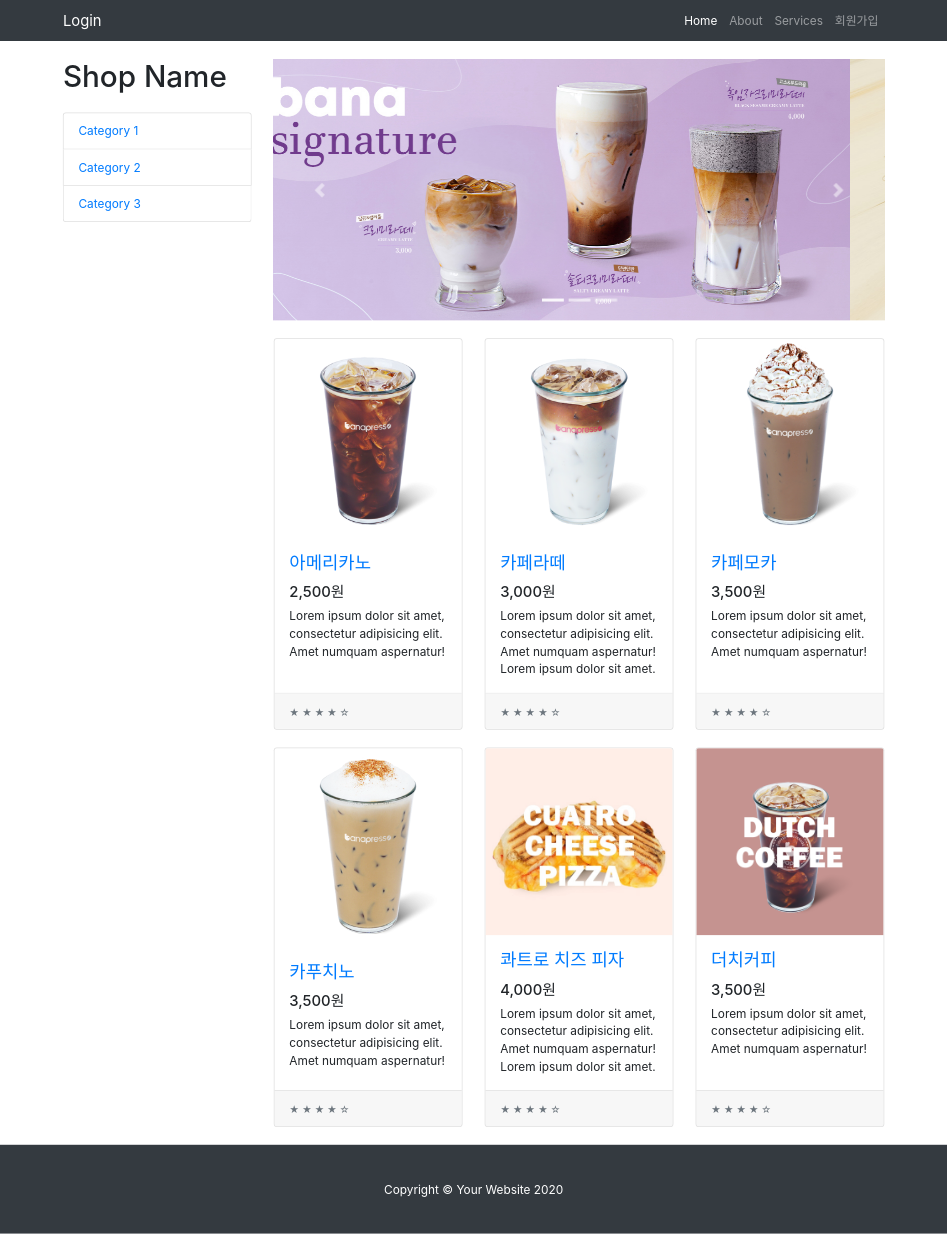
Repository: InKyu24/STS_Workspace
Page: SpringBoot01_Mybatis_Cafe2/src/main/resources/static/index.html
These files come from the project's save history. The page is drawn as it stood at one moment and after the next save; the edit follows.
The browser window is 1280 px wide. The pictures show the whole page, at 74% of full size.

Above is the page before, as saved 2021-03-23 07:17:22.

### SpringBoot01_Mybatis_Cafe2/src/main/resources/static/index.html
<!DOCTYPE html>
<html lang="en">

<head>

  <meta charset="utf-8">
  <meta name="viewport" content="width=device-width, initial-scale=1, shrink-to-fit=no">
  <meta name="description" content="">
  <meta name="author" content="">

  <title>Shop Homepage - Start Bootstrap Template</title>

  <!-- Bootstrap core CSS -->
  <link href="vendor/bootstrap/css/bootstrap.min.css" rel="stylesheet">

  <!-- Custom styles for this template -->
  <link href="css/shop-homepage.css" rel="stylesheet">

</head>

<body>

  <!-- Navigation -->
  <nav class="navbar navbar-expand-lg navbar-dark bg-dark fixed-top">
    <div class="container">
      <a class="navbar-brand" href="#">Login</a>
      <button class="navbar-toggler" type="button" data-toggle="collapse" data-target="#navbarResponsive" aria-controls="navbarResponsive" aria-expanded="false" aria-label="Toggle navigation">
        <span class="navbar-toggler-icon"></span>
      </button>
      <div class="collapse navbar-collapse" id="navbarResponsive">
        <ul class="navbar-nav ml-auto">
          <li class="nav-item active">
            <a class="nav-link" href="#">Home
              <span class="sr-only">(current)</span>
            </a>
          </li>
          <li class="nav-item">
            <a class="nav-link" href="#">About</a>
          </li>
          <li class="nav-item">
            <a class="nav-link" href="#">Services</a>
          </li>
          <li class="nav-item">
            <a class="nav-link" href="#" onclick="window.open('html/memberInsertForm.html', '_blank', 'toolbar=yes,scrollbars=yes,resizable=yes,top=50,left=500,width=400,height=750');">회원가입</a>
          </li>
        </ul>
      </div>
    </div>
  </nav>

  <!-- Page Content -->
  <div class="container">

    <div class="row">

      <div class="col-lg-3">

        <h1 class="my-4">Shop Name</h1>
        <div class="list-group">
          <a href="#" class="list-group-item">Category 1</a>
          <a href="#" class="list-group-item">Category 2</a>
          <a href="#" class="list-group-item">Category 3</a>
        </div>

      </div>
      <!-- /.col-lg-3 -->

      <div class="col-lg-9">

        <div id="carouselExampleIndicators" class="carousel slide my-4" data-ride="carousel">
          <ol class="carousel-indicators">
            <li data-target="#carouselExampleIndicators" data-slide-to="0" class="active"></li>
            <li data-target="#carouselExampleIndicators" data-slide-to="1"></li>
            <li data-target="#carouselExampleIndicators" data-slide-to="2"></li>
          </ol>
          <div class="carousel-inner" role="listbox">
            <div class="carousel-item active">
              <img class="d-block img-fluid" src="img/2009_크리미라떼3종_상단배너.jpg" alt="First slide">
            </div>
            <div class="carousel-item">
              <img class="d-block img-fluid" src="img/2010_디카페인_상단배너.jpg" alt="Second slide">
            </div>
            <div class="carousel-item">
              <img class="d-block img-fluid" src="img/2101_바나프레소_도넛6종_상단배너.jpg" alt="Third slide">
            </div>
          </div>
          <a class="carousel-control-prev" href="#carouselExampleIndicators" role="button" data-slide="prev">
            <span class="carousel-control-prev-icon" aria-hidden="true"></span>
            <span class="sr-only">Previous</span>
          </a>
          <a class="carousel-control-next" href="#carouselExampleIndicators" role="button" data-slide="next">
            <span class="carousel-control-next-icon" aria-hidden="true"></span>
            <span class="sr-only">Next</span>
          </a>
        </div>

        <div class="row">

          <div class="col-lg-4 col-md-6 mb-4">
            <div class="card h-100">
              <a href="#"><img class="card-img-top" src="img/americano.png" alt=""></a>
              <div class="card-body">
                <h4 class="card-title">
                  <a href="#">아메리카노</a>
                </h4>
                <h5>2,500원</h5>
                <p class="card-text">Lorem ipsum dolor sit amet, consectetur adipisicing elit. Amet numquam aspernatur!</p>
              </div>
              <div class="card-footer">
                <small class="text-muted">&#9733; &#9733; &#9733; &#9733; &#9734;</small>
              </div>
            </div>
          </div>

          <div class="col-lg-4 col-md-6 mb-4">
            <div class="card h-100">
              <a href="#"><img class="card-img-top" src="img/cafelatte.png" alt=""></a>
              <div class="card-body">
                <h4 class="card-title">
                  <a href="#">카페라떼</a>
                </h4>
                <h5>3,000원</h5>
                <p class="card-text">Lorem ipsum dolor sit amet, consectetur adipisicing elit. Amet numquam aspernatur! Lorem ipsum dolor sit amet.</p>
              </div>
              <div class="card-footer">
                <small class="text-muted">&#9733; &#9733; &#9733; &#9733; &#9734;</small>
              </div>
            </div>
          </div>

          <div class="col-lg-4 col-md-6 mb-4">
            <div class="card h-100">
              <a href="#"><img class="card-img-top" src="img/cafemocha.png" alt=""></a>
              <div class="card-body">
                <h4 class="card-title">
                  <a href="#">카페모카</a>
                </h4>
                <h5>3,500원</h5>
                <p class="card-text">Lorem ipsum dolor sit amet, consectetur adipisicing elit. Amet numquam aspernatur!</p>
              </div>
              <div class="card-footer">
                <small class="text-muted">&#9733; &#9733; &#9733; &#9733; &#9734;</small>
              </div>
            </div>
          </div>

          <div class="col-lg-4 col-md-6 mb-4">
            <div class="card h-100">
              <a href="#"><img class="card-img-top" src="img/cappuccino.png" alt=""></a>
              <div class="card-body">
                <h4 class="card-title">
                  <a href="#">카푸치노</a>
                </h4>
                <h5>3,500원</h5>
                <p class="card-text">Lorem ipsum dolor sit amet, consectetur adipisicing elit. Amet numquam aspernatur!</p>
              </div>
              <div class="card-footer">
                <small class="text-muted">&#9733; &#9733; &#9733; &#9733; &#9734;</small>
              </div>
            </div>
          </div>

          <div class="col-lg-4 col-md-6 mb-4">
            <div class="card h-100">
              <a href="#"><img class="card-img-top" src="img/CuatroCheesePizza.jpg" alt=""></a>
              <div class="card-body">
                <h4 class="card-title">
                  <a href="#">콰트로 치즈 피자</a>
                </h4>
                <h5>4,000원</h5>
                <p class="card-text">Lorem ipsum dolor sit amet, consectetur adipisicing elit. Amet numquam aspernatur! Lorem ipsum dolor sit amet.</p>
              </div>
              <div class="card-footer">
                <small class="text-muted">&#9733; &#9733; &#9733; &#9733; &#9734;</small>
              </div>
            </div>
          </div>

          <div class="col-lg-4 col-md-6 mb-4">
            <div class="card h-100">
              <a href="#"><img class="card-img-top" src="img/dutchcoffee.png" alt=""></a>
              <div class="card-body">
                <h4 class="card-title">
                  <a href="#">더치커피</a>
                </h4>
                <h5>3,500원</h5>
                <p class="card-text">Lorem ipsum dolor sit amet, consectetur adipisicing elit. Amet numquam aspernatur!</p>
              </div>
              <div class="card-footer">
                <small class="text-muted">&#9733; &#9733; &#9733; &#9733; &#9734;</small>
              </div>
            </div>
          </div>

        </div>
        <!-- /.row -->

      </div>
      <!-- /.col-lg-9 -->

    </div>
    <!-- /.row -->

  </div>
  <!-- /.container -->

  <!-- Footer -->
  <footer class="py-5 bg-dark">
    <div class="container">
      <p class="m-0 text-center text-white">Copyright &copy; Your Website 2020</p>
    </div>
    <!-- /.container -->
  </footer>

  <!-- Bootstrap core JavaScript -->
  <script src="vendor/jquery/jquery.min.js"></script>
  <script src="vendor/bootstrap/js/bootstrap.bundle.min.js"></script>

</body>

</html>

Loaded but not shown: SpringBoot01_Mybatis_Cafe2/src/main/resources/static/vendor/bootstrap/css/bootstrap.min.css (library); SpringBoot01_Mybatis_Cafe2/src/main/resources/static/css/shop-homepage.css (common file); SpringBoot01_Mybatis_Cafe2/src/main/resources/static/vendor/jquery/jquery.min.js (library); SpringBoot01_Mybatis_Cafe2/src/main/resources/static/vendor/bootstrap/js/bootstrap.bundle.min.js (library)

After the next save:
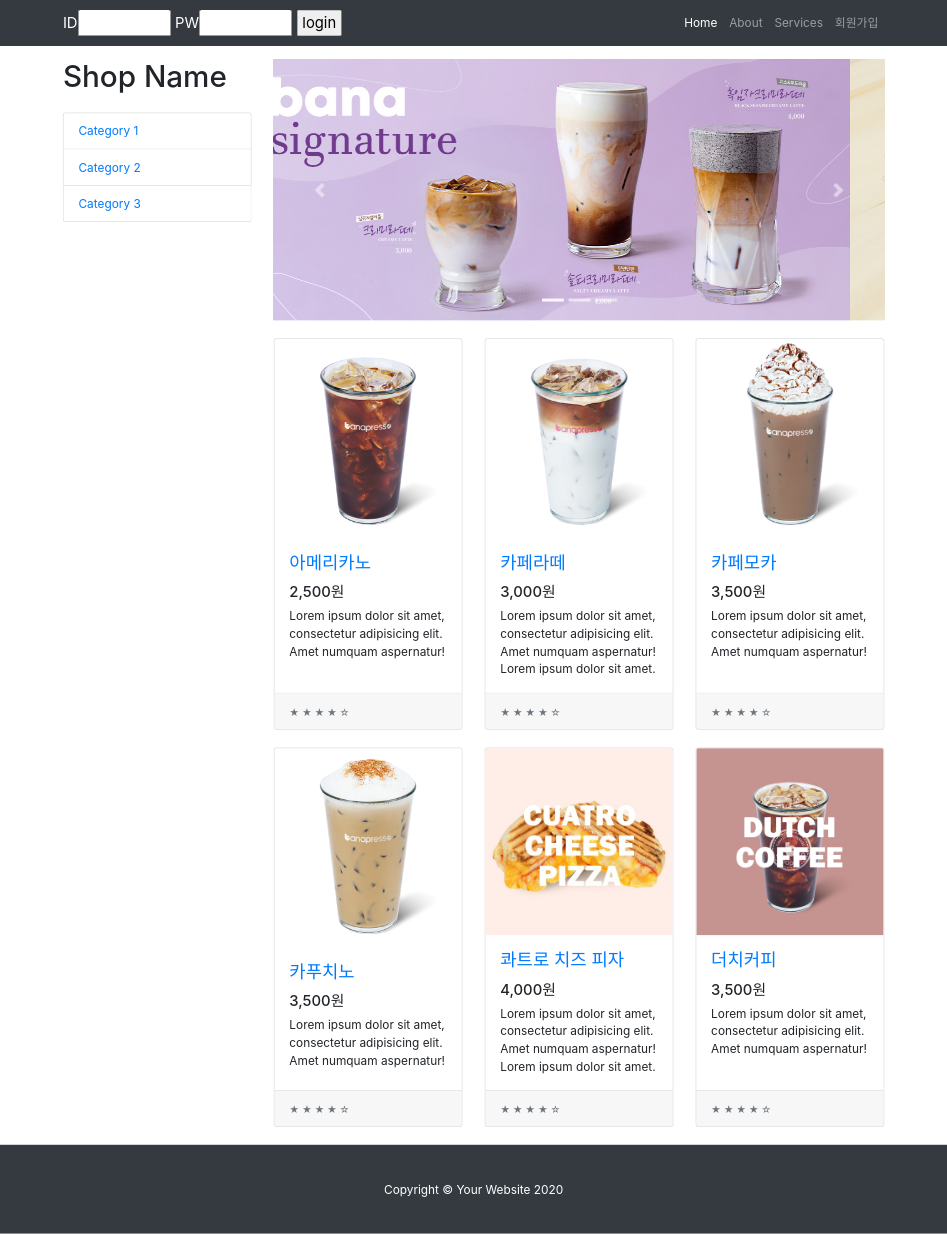
Saved 75 s later.
--- a/SpringBoot01_Mybatis_Cafe2/src/main/resources/static/index.html
+++ b/SpringBoot01_Mybatis_Cafe2/src/main/resources/static/index.html
@@ -23,7 +23,14 @@
   <!-- Navigation -->
   <nav class="navbar navbar-expand-lg navbar-dark bg-dark fixed-top">
     <div class="container">
-      <a class="navbar-brand" href="#">Login</a>
+      <div class="navbar-brand" href="#">
+      	<div id="msgDiv">
+      		ID<input size="5" id="id">
+      		PW<input size="5" id="pw" type="password">
+      		<input type="button" id="loginBtn" value="login">
+      	</div>
+      </div>
+
       <button class="navbar-toggler" type="button" data-toggle="collapse" data-target="#navbarResponsive" aria-controls="navbarResponsive" aria-expanded="false" aria-label="Toggle navigation">
         <span class="navbar-toggler-icon"></span>
       </button>
